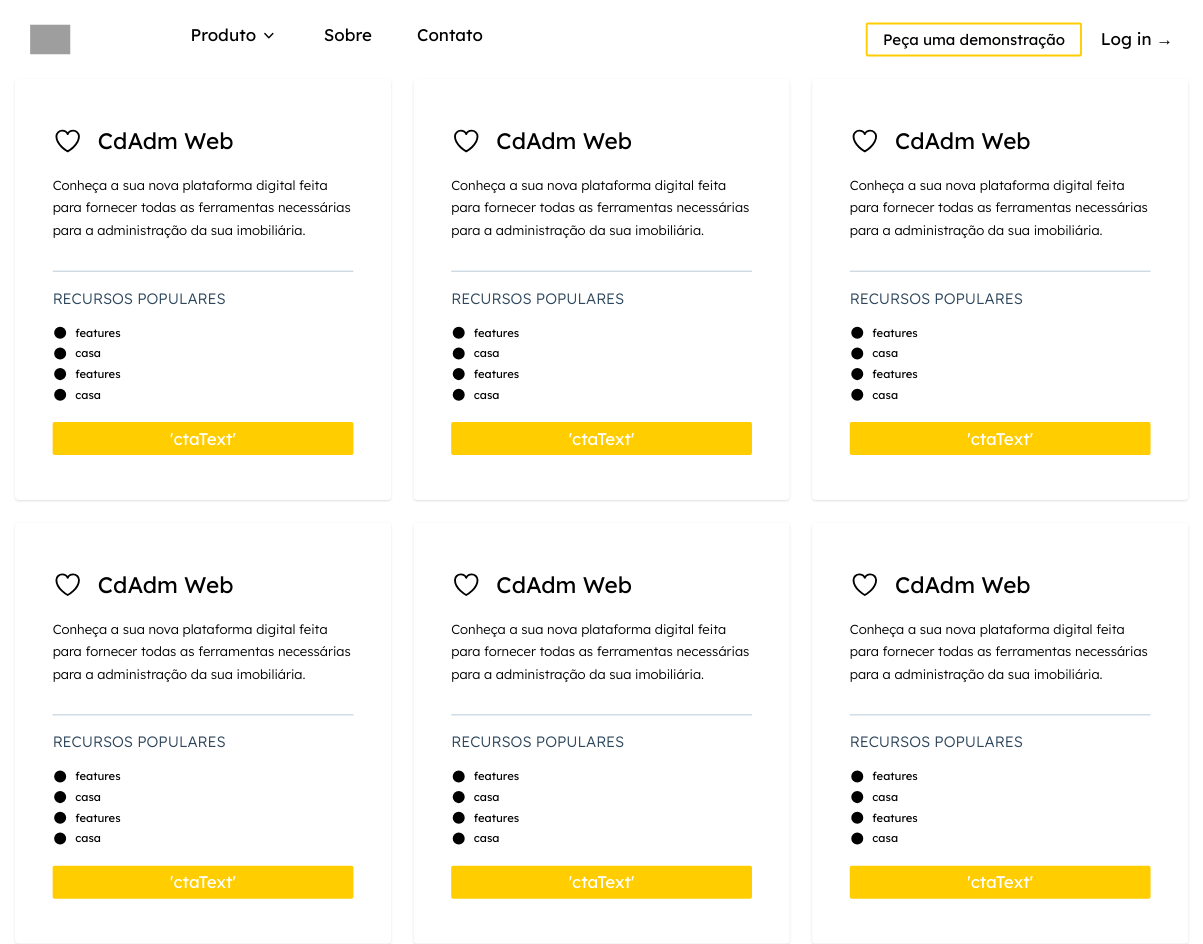
Repository: VereAbsolutum/site-institucional
Page: /
These files come from the project's save history. The page is drawn as it stood at one moment and after the next save; the edit follows.
The browser window is 1280 px wide. The pictures show the whole page, at 94% of full size.
Pictures or frames that could not be fetched are drawn as grey boxes. The project was rebuilt for these pictures with package versions that can differ from the ones it lists, and the page was loaded fresh each time. Also part of the build but not shown: vite.config.ts, src/presentation/components/buttons/button-primary.tsx, src/presentation/components/links/link-border-primary.tsx, src/presentation/components/links/link-border-white.tsx, src/presentation/components/typography/display.tsx, src/presentation/components/typography/heading1.tsx, src/presentation/components/typography/heading2.tsx, src/presentation/components/typography/heading3.tsx and 2 more.

Above is the page before, as saved 2023-04-15 00:12:37.

### src/App.tsx
import React from 'react'
import { BrowserRouter, Routes, Route } from "react-router-dom"
import { Home, NotFound } from './presentation/pages'

const App: React.FC = () => {
  return (
    <BrowserRouter >
      <Routes>
        <Route path='/' element={<Home />} />
        <Route path='*' element={<NotFound />} />
      </Routes>
    </BrowserRouter>
  )
}

export default App

### src/index.css
@import url('https://fonts.googleapis.com/css2?family=Lexend+Deca:wght@300;400&family=Manrope:wght@800&family=Playfair+Display:wght@500&display=swap');

@tailwind base;
@tailwind components;
@tailwind utilities;

### src/presentation/pages/index.ts
export { default as Home } from './home/home'
export { default as NotFound } from './not-found/notFound'

### src/presentation/pages/home/home.tsx
import React from 'react';
import { ButtonBorderPrimary, ButtonPrimary, Header, LinkBorderPrimary, LinkBorderWhite, LinkPrimary, TextCaption, TextDisplay, TextHeading1, TextHeading2, TextHeading3, TextMenu, TextParagraph, TextParagraphSmall } from '../../components';
import ProductCard from '../../components/card/product-card';

const home: React.FC = () => {
    return (
        <>
            <Header />
            <main>
                <section className='container'>
                    <div className='grid grid-cols-1 gap-6 sm:grid-cols-2 md:grid-cols-3'>
                        <ProductCard></ProductCard>
                        <ProductCard></ProductCard>
                        <ProductCard></ProductCard>
                        <ProductCard></ProductCard>
                        <ProductCard></ProductCard>
                        <ProductCard></ProductCard>
                    </div>
                </section>
            </main>
        </>


    );
};

export default home;

### src/presentation/components/index.ts
export { default as Header } from './header/header'

export { default as ButtonBase } from './buttons/button-base'
export { default as ButtonBorderPrimary } from './buttons/button-border-primary'
export { default as ButtonPrimary } from './buttons/button-primary'

export { default as LinkBase } from './links/link-base'
export { default as LinkPrimary } from './links/link-primary'
export { default as LinkBorderPrimary } from './links/link-border-primary'
export { default as LinkBorderWhite } from './links/link-border-white'

export { default as TextBase } from './typography/text-base'
export { default as TextDisplay } from './typography/display'
export { default as TextHeading1 } from './typography/heading1'
export { default as TextHeading2 } from './typography/heading2'
export { default as TextHeading3 } from './typography/heading3'
export { default as TextParagraph } from './typography/paragraph'
export { default as TextParagraphSmall } from './typography/paragraph-small'
export { default as TextCaption } from './typography/caption'
export { default as TextMenu } from './typography/menu'

### src/presentation/components/card/product-card.tsx
import { HeartIcon } from '@heroicons/react/24/outline';
import React from 'react';
import { LinkPrimary, TextMenu, TextParagraph, TextParagraphSmall } from '..';

type ProductCardProps = {
    imageUrl: string;
    title: string;
    description: string;
    features: string[];
    ctaText: string;
    ctaHref: string;
};

const ProductCard: React.FC = () => {
    return (
        <div className="bg-white p-6 rounded shadow px-10 py-12 transform hover:scale-105 duration-500">
            <div className="flex flex-col">
                <div className="flex items-center mb-4">
                    <HeartIcon className="w-8 h-auto mr-4 text-blue-500" />
                    <h3 className="font-medium text-[24px]">CdAdm Web</h3>
                </div>
                <div>
                    <p className="mb-8">
                        <TextParagraphSmall>
                            Conheça a sua nova plataforma digital feita para fornecer todas as ferramentas necessárias para a administração da sua imobiliária.
                        </TextParagraphSmall>
                    </p>
                    <div className='border-t-black border-t border-solid'>
                        <h4 className='font-thin my-4'>
                            <TextParagraph>
                                RECURSOS POPULARES
                            </TextParagraph>
                        </h4>
                        <ul className="list-none">
                            {["features", "casa", "features", "casa"].map((feature, index) => (
                                <li key={index} className="flex items-center mb-1">
                                    <svg className="w-4 h-4 mr-2 text-green-500" viewBox="0 0 20 20" fill="currentColor">
                                        <path d="M10 18a8 8 0 100-16 8 8 0 000 16zm1-13a1 1 0 10-2 0v4a1 1 0 00.293.707l2.828 2.829a1 1 0 101.415-1.415L11 9.586V5z"></path>
                                    </svg>
                                    <TextMenu>
                                        {feature}
                                    </TextMenu>
                                </li>
                            ))}
                        </ul>
                        <div className='mt-5'>
                            <LinkPrimary className="text-white flex justify-center" href="#">
                                'ctaText'
                            </LinkPrimary>
                        </div>
                    </div>
                </div>
            </div>
        </div>
    );
};

export default ProductCard;

### src/presentation/components/header/header.tsx
import React, { useState } from 'react'
import {
    Bars3Icon,
    ChartPieIcon,
    CursorArrowRaysIcon,
    FingerPrintIcon,
} from '@heroicons/react/24/outline'
import { PhoneIcon, PlayCircleIcon } from '@heroicons/react/20/solid'
import { MainMenu, MobileMenu } from './components'
import { ButtonBorderPrimary } from '..'

const products = [
    { name: 'CdAdm Web', description: 'Get a better understanding of your traffic', href: '#', icon: ChartPieIcon },
    { name: 'CdAdm Grafico', description: 'Speak directly to your customers', href: '#', icon: CursorArrowRaysIcon },
    { name: 'CdFin', description: 'Your customers’ data will be safe and secure', href: '#', icon: FingerPrintIcon }
]
const callsToAction = [
    { name: 'Assista a Demo', href: '#', icon: PlayCircleIcon },
    { name: 'Contato', href: '#', icon: PhoneIcon },
]

function classNames(...classes: string[]) {
    return classes.filter(Boolean).join(' ');
}

const header: React.FC = () => {
    const [mobileMenuOpen, setMobileMenuOpen] = useState(false)

    return (
        <header className="bg-white">
            <nav className="mx-auto flex max-w-7xl items-center justify-between p-6 lg:px-8" aria-label="Global">

                <div className="flex lg:flex-1">
                    <a href="#" className="-m-1.5 p-1.5">
                        <span className="sr-only">SCordon</span>
                        <img className="h-8 w-auto" src="https://tailwindui.com/img/logos/mark.svg?color=indigo&shade=600" alt="" />
                    </a>

                    {/* main menu */}
                    <div className='ml-32'>
                        <MainMenu products={products} />
                    </div>
                </div>

                <div className="flex lg:hidden">
                    {/* Button */}
                    <button
                        type="button"
                        className="-m-2.5 inline-flex items-center justify-center rounded-md p-2.5 text-gray-700"
                        onClick={() => setMobileMenuOpen(true)}
                    >
                        <span className="sr-only">Open main menu</span>
                        <Bars3Icon className="h-6 w-6" aria-hidden="true" />
                    </button>
                </div>



                <div className="hidden lg:flex lg:flex-1 lg:justify-end align-items: center">
                    <div className='mr-5'>
                        <ButtonBorderPrimary label='Peça uma demonstração' />
                    </div>
                    <div className="flex items-center">
                        <a href="#" className="text-lg font-medium leading-6 font-semibold">
                            Log in <span aria-hidden="true">&rarr;</span>
                        </a>
                    </div>
                    {/* Button */}
                </div>
            </nav>

            <MobileMenu
                mobileMenuOpen={mobileMenuOpen}
                setMobileMenuOpen={setMobileMenuOpen}
                products={products}
                callsToAction={callsToAction}
            />
        </header>
    )
}

export default header

### src/presentation/components/buttons/button-base.tsx
import React from 'react'

export type ButtonProps = React.ButtonHTMLAttributes<HTMLButtonElement> & {
    label: string;
    className?: string;
};

const buttonBase: React.FC<ButtonProps> = ({ label, className, ...rest }) => {
    const baseClasses =
        'font-semibold rounded-sm hover:bg-blue-700 focus:outline-none focus:ring-2 focus:ring-blue-400 focus:ring-opacity-75';

    return (
        <button className={`${baseClasses} ${className}`} {...rest}>
            {label}
        </button>
    );
};

export default buttonBase;

### src/presentation/components/buttons/button-border-primary.tsx
// BorderedButton.tsx
import React from 'react';
import { ButtonBase } from '..';
import { ButtonProps } from './button-base';

const buttonBorderPrimary: React.FC<ButtonProps> = ({ className, ...rest }) => {
    const baseClasses = 'px-4 py-1 border-2 border-yellow bg-transparent border border-blue-500 text-blue-500 hover:bg-blue-500';

    return <ButtonBase className={`${baseClasses} ${className}`} {...rest} />;
};

export default buttonBorderPrimary;

### src/presentation/components/links/link-base.tsx
import React from 'react';

export type LinkBaseProps = React.AnchorHTMLAttributes<HTMLAnchorElement> & {
    className?: string;
};

const linkBase: React.FC<LinkBaseProps> = ({ children, className, ...rest }) => {
    const baseClasses =
        'font-semibold cursor-pointer rounded-sm hover:bg-blue-700 focus:outline-none focus:ring-2 focus:ring-blue-400 focus:ring-opacity-75';

    return (
        <a className={`${baseClasses} ${className}`} {...rest}>
            {children}
        </a>
    );
};

export default linkBase;

### src/presentation/components/links/link-primary.tsx
// FilledButton.tsx
import React from 'react';
import { LinkBase } from '..';
import { LinkBaseProps } from './link-base';

const linkPrimary: React.FC<LinkBaseProps> = ({ className, ...rest }) => {
    const baseClasses = 'px-4 py-1 bg-blue-500 bg-yellow hover:bg-blue-700 text-lg font-medium';

    return <LinkBase className={`${baseClasses} ${className}`} {...rest} />;
};

export default linkPrimary;

### src/presentation/components/typography/text-base.tsx
import React from 'react';

export type TextBaseProps = React.HTMLAttributes<HTMLSpanElement> & {
    className?: string;
};

const textBase: React.FC<TextBaseProps> = ({ children, className, ...rest }) => {
    const baseClasses = '';

    return (
        <span className={`${baseClasses} ${className}`} {...rest}>
            {children}
        </span>
    );
};

export default textBase;

### src/presentation/components/typography/paragraph.tsx
import React from 'react';
import { TextBase } from '..';
import { TextBaseProps } from './text-base';

const textParagraph: React.FC<TextBaseProps> = ({ children, className, ...rest }) => {
    const baseClasses = 'text-base font-300';

    return (
        <TextBase style={{ color: '#2e475d' }} className={`${baseClasses} ${className}`} {...rest}>
            {children}
        </TextBase>
    );
};

export default textParagraph;

### src/presentation/components/typography/paragraph-small.tsx
import React from 'react';
import { TextBase } from '..';
import { TextBaseProps } from './text-base';

const textParagraphSmall: React.FC<TextBaseProps> = ({ children, className, ...rest }) => {
    const baseClasses = 'text-sm font-300';

    return (
        <TextBase className={baseClasses} {...rest}>
            {children}
        </TextBase>
    );
};

export default textParagraphSmall;

### src/presentation/components/typography/menu.tsx
import React from 'react';
import { TextBase } from '..';
import { TextBaseProps } from './text-base';

const textMenu: React.FC<TextBaseProps> = ({ children, className, ...rest }) => {
    const baseClasses = 'text-xs font-500';

    return (
        <TextBase className={baseClasses} {...rest}>
            {children}
        </TextBase>
    );
};

export default textMenu;

### src/presentation/components/header/components/index.ts
export { default as MobileMenu } from './mobile-menu'
export { default as MainMenu } from './main-menu'

### src/presentation/components/header/components/mobile-menu.tsx
import React from 'react'
import { Dialog, Disclosure } from '@headlessui/react'
import { ChevronDownIcon, XMarkIcon } from '@heroicons/react/24/outline'
import { ButtonFilled } from '../..';

function classNames(...classes: string[]) {
    return classes.filter(Boolean).join(' ');
}

export type MobileMenuProps = {
    mobileMenuOpen: boolean
    setMobileMenuOpen: (open: boolean) => void
    products: Array<{
        name: string
        description: string
        href: string
        icon: any
    }>
    callsToAction: Array<{
        name: string
        href: string
        icon: any
    }>
}

const mobileMenu: React.FC<MobileMenuProps> = ({ mobileMenuOpen, setMobileMenuOpen, products, callsToAction }) => {
    return (
        <Dialog as="div" className="lg:hidden" open={mobileMenuOpen} onClose={setMobileMenuOpen}>
            <div className="fixed inset-0 z-10" />

            {/* Mobile Menu */}
            <Dialog.Panel className="fixed inset-y-0 right-0 z-10 w-full overflow-y-auto bg-white px-6 py-6 sm:max-w-sm sm:ring-1 sm:ring-gray-900/10">
                <div className="flex items-center justify-between">
                    <a href="#" className="-m-1.5 p-1.5">
                        <span className="sr-only">Your Company</span>
                        <img
                            className="h-8 w-auto"
                            src="https://tailwindui.com/img/logos/mark.svg?color=indigo&shade=600"
                            alt=""
                        />
                    </a>


                    <button
                        type="button"
                        className="-m-2.5 rounded-md p-2.5 text-gray-700"
                        onClick={() => setMobileMenuOpen(false)}
                    >
                        <span className="sr-only">Close menu</span>
                        <XMarkIcon className="h-6 w-6" aria-hidden="true" />
                    </button>

                </div>

                <div className="mt-6 flow-root">
                    <div className="-my-6 divide-y divide-gray-500/10">
                        <div className="space-y-2 py-6">
                            <Disclosure as="div" className="-mx-3">
                                {({ open }) => (
                                    <>
                                        <Disclosure.Button className="flex w-full font-medium text-lg  items-center justify-between rounded-lg py-2 pl-3 pr-3.5 leading-7 hover:bg-gray-50">
                                            Product
                                            <ChevronDownIcon
                                                className={classNames(open ? 'rotate-180' : '', 'h-5 w-5 flex-none')}
                                                aria-hidden="true"
                                            />
                                        </Disclosure.Button>
                                        <Disclosure.Panel className="mt-2 space-y-2">
                                            {[...products, ...callsToAction].map((item) => (
                                                <Disclosure.Button
                                                    key={item.name}
                                                    as="a"
                                                    href={item.href}
                                                    className="block rounded-lg py-2 pl-6 pr-3 text-sm font-semibold leading-7 text-gray-900 hover:bg-gray-50"
                                                >
                                                    {item.name}
                                                </Disclosure.Button>
                                            ))}
                                        </Disclosure.Panel>
                                    </>
                                )}
                            </Disclosure>
                            <a
                                href="#"
                                className="-mx-3 block rounded-lg px-3 py-2 font-medium text-lg leading-7 text-gray-900 hover:bg-gray-50"
                            >
                                Features
                            </a>
                            <a
                                href="#"
                                className="-mx-3 block rounded-lg px-3 py-2 font-medium text-lg leading-7 hover:bg-gray-50"
                            >
                                Marketplace
                            </a>
                            <a
                                href="#"
                                className="-mx-3 block rounded-lg px-3 py-2 font-medium text-lg leading-7 hover:bg-gray-50"
                            >
                                Company
                            </a>
                        </div>

                        <div className="py-6">
                            <a
                                href="#"
                                className="-mx-3 block rounded-lg px-3 py-2.5 font-medium text-lg leading-7 hover:bg-gray-50"
                            >
                                Log in
                            </a>
                        </div>
                    </div>
                </div>
            </Dialog.Panel>
        </Dialog>
    )
}

export default mobileMenu

### src/presentation/components/header/components/main-menu.tsx
import React, { Fragment } from 'react'
import { Popover, Transition } from '@headlessui/react'
import { ChevronDownIcon } from '@heroicons/react/20/solid'
import { PlayCircleIcon, PhoneIcon } from '@heroicons/react/20/solid'
import { Product } from './header-types'

const callsToAction = [
    { name: 'Watch demo', href: '#', icon: PlayCircleIcon },
    { name: 'Contact sales', href: '#', icon: PhoneIcon },
]

export type MainMenuProps = { products: Product[] }

const MainMenu: React.FC<MainMenuProps> = ({ products }) => {
    return (
        <Popover.Group className="hidden lg:flex lg:gap-x-12">
            <Popover className="relative">
                <Popover.Button className="flex items-center gap-x-1 text-lg  font-semibold  leading-6">
                    Produto
                    <ChevronDownIcon className="h-5 w-5 flex-none text-gray-400" aria-hidden="true" />
                </Popover.Button>

                <Transition
                    as={Fragment}
                    enter="transition ease-out duration-200"
                    enterFrom="opacity-0 translate-y-1"
                    enterTo="opacity-100 translate-y-0"
                    leave="transition ease-in duration-150"
                    leaveFrom="opacity-100 translate-y-0"
                    leaveTo="opacity-0 translate-y-1"
                >
                    <Popover.Panel className="absolute -left-8 top-full z-10 mt-3 w-screen max-w-md overflow-hidden rounded-3xl bg-white shadow-lg ring-1 ring-gray-900/5">
                        <div className="p-4">
                            {products.map((item) => (
                                <div
                                    key={item.name}
                                    className="group relative flex items-center gap-x-6 rounded-lg p-4 text-sm leading-6 hover:bg-gray-50"
                                >
                                    <div className="flex h-11 w-11 flex-none items-center justify-center rounded-lg bg-gray-50 group-hover:bg-white">
                                        <item.icon className="h-6 w-6 text-gray-600 group-hover:text-indigo-600" aria-hidden="true" />
                                    </div>
                                    <div className="flex-auto">
                                        <a href={item.href} className="block font-semibold text-gray-900">
                                            {item.name}
                                            <span className="absolute inset-0" />
                                        </a>
                                        <p className="mt-1 text-gray-600">{item.description}</p>
                                    </div>
                                </div>
                            ))}
                        </div>
                        <div className="grid grid-cols-2 divide-x divide-gray-900/5 bg-gray">  </div>
                        <div className="grid grid-cols-2 divide-x divide-gray-900/5 bg-gray-50">
                            {callsToAction.map((item) => (
                                <a
                                    key={item.name}
                                    href={item.href}
                                    className="flex items-center justify-center gap-x-2.5 p-3 text-sm font-semibold leading-6 text-gray-900 hover:bg-gray-100"
                                >
                                    <item.icon className="h-5 w-5 flex-none text-gray-400" aria-hidden="true" />
                                    {item.name}
                                </a>
                            ))}
                        </div>
                    </Popover.Panel>
                </Transition>
            </Popover>

            <a href="#" className="text-lg  font-semibold  leading-6 text-gray-900">
                Sobre
            </a>
            <a href="#" className="text-lg  font-semibold  leading-6 text-gray-900">
                Contato
            </a>
        </Popover.Group>
    )
}

export default MainMenu

Loaded but not shown: index.html (common file); src/main.tsx (common file); tailwind.config.js (52 lines, source omitted)

After the next save:
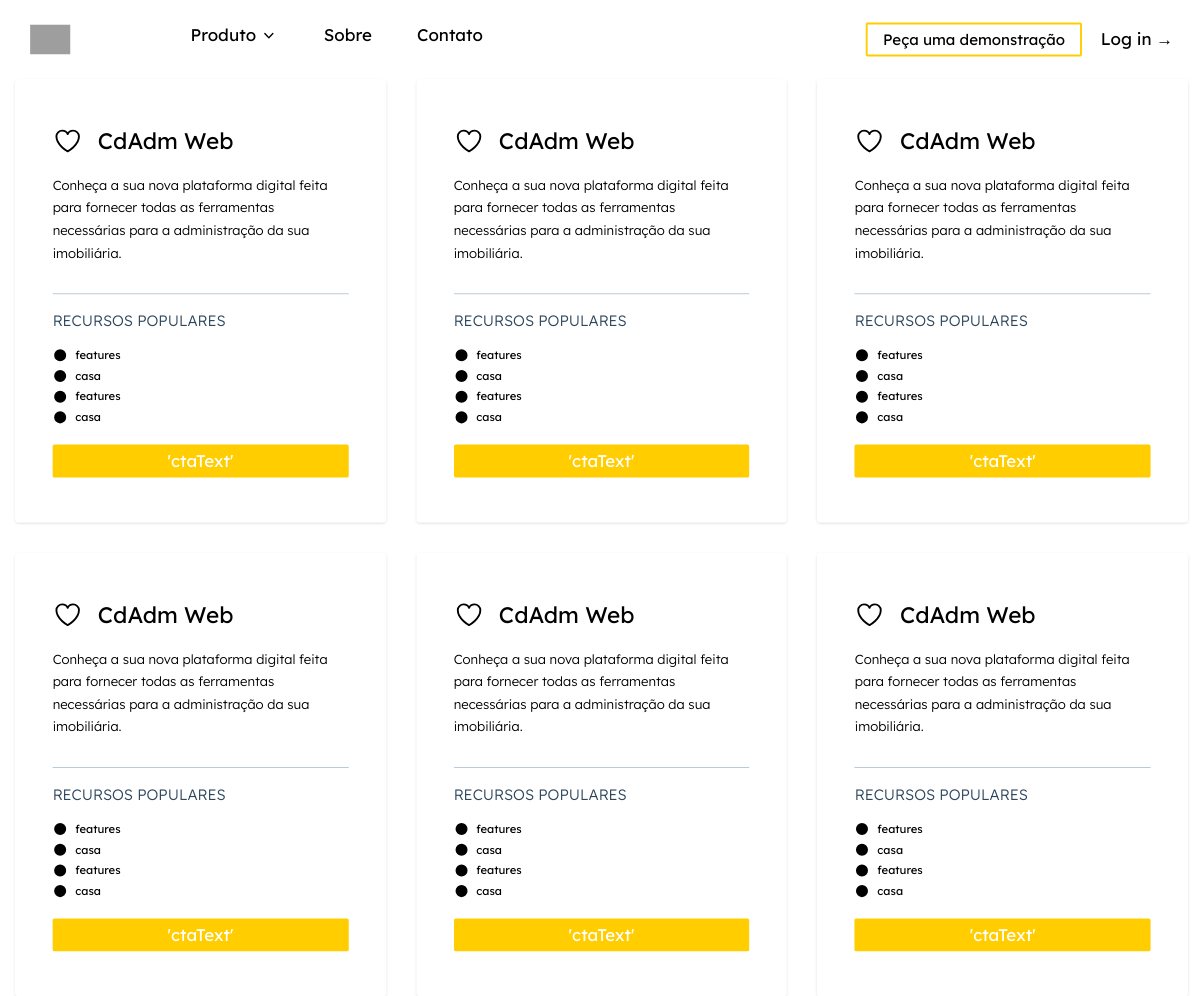
Saved 4 s later.
--- a/src/presentation/pages/home/home.tsx
+++ b/src/presentation/pages/home/home.tsx
@@ -8,7 +8,7 @@ const home: React.FC = () => {
             <Header />
             <main>
                 <section className='container'>
-                    <div className='grid grid-cols-1 gap-6 sm:grid-cols-2 md:grid-cols-3'>
+                    <div className='grid grid-cols-1 gap-8 sm:grid-cols-2 md:grid-cols-3'>
                         <ProductCard></ProductCard>
                         <ProductCard></ProductCard>
                         <ProductCard></ProductCard>
